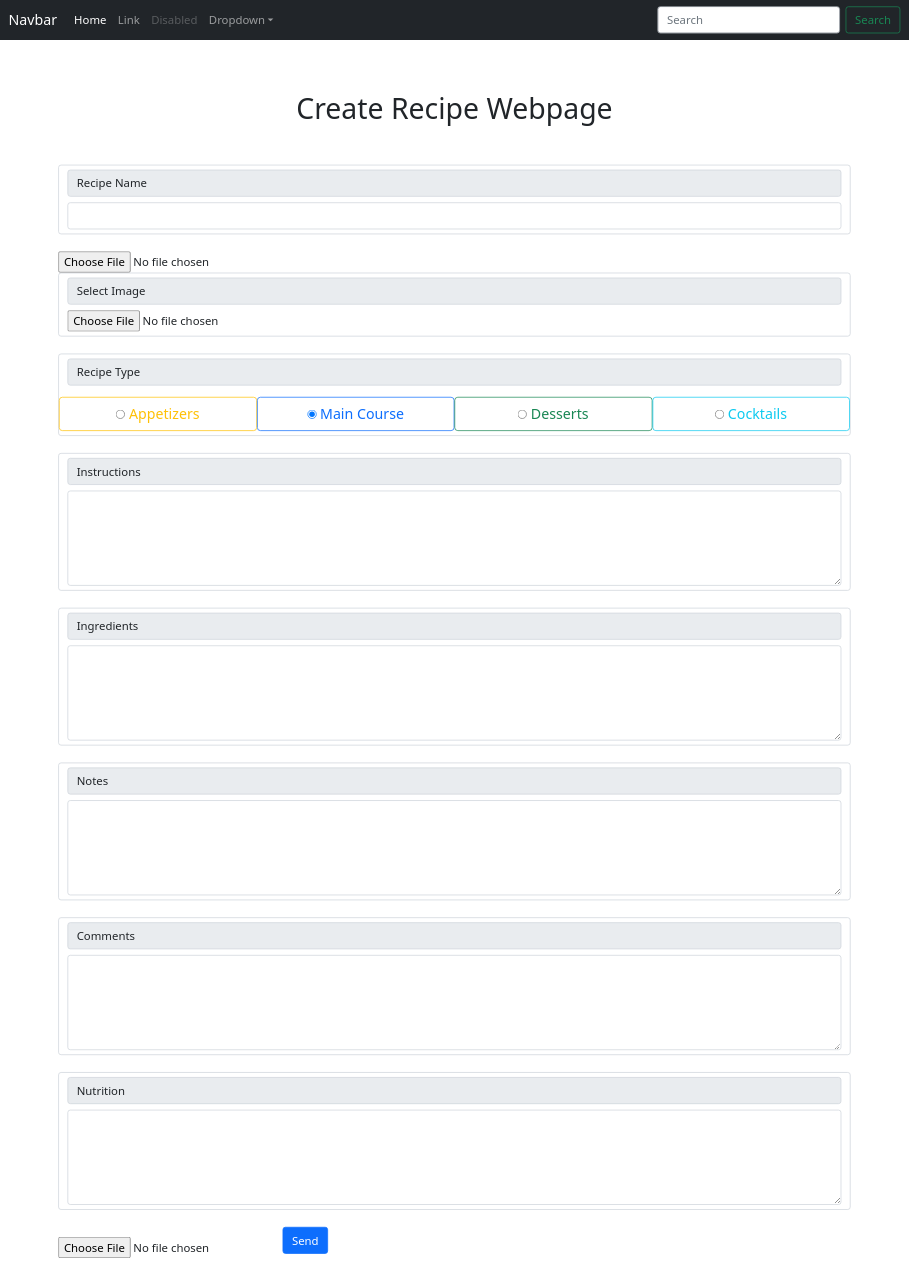
Repository: jerrywthompson/createRecipeWebpageHTML
Page: index.html
The author's editor kept a copy of each file at every save. The page is drawn from the files as they stood at one save, then again after the next save.
The browser window is 1280 px wide. The pictures show the whole page, at 71% of full size.

Above is the page before, as saved 2021-02-25 14:02:56.

### index.html
<!doctype html>
<html lang="en">
    <head>
        <meta charset="utf-8">
        <meta name="viewport" content="width=device-width, initial-scale=1">
        <meta name="description" content="">
        <meta name="author" content="Mark Otto, Jacob Thornton, and Bootstrap contributors">
        <meta name="generator" content="Hugo 0.80.0">
        <title>Create Recipe Webpage</title>

        <link rel="stylesheet" href="css/main.css"/>
        <!-- Bootstrap core CSS -->
        <link href="css/bootstrap5/css/bootstrap.min.css" rel="stylesheet">

        <style>
            .bd-placeholder-img {
                font-size: 1.125rem;
                text-anchor: middle;
                -webkit-user-select: none;
                -moz-user-select: none;
                user-select: none;
            }

            @media (min-width: 768px) {
                .bd-placeholder-img-lg {
                    font-size: 3.5rem;
                }
            }
        </style>

    </head>
    <body>

        <nav class="navbar navbar-expand-md navbar-dark bg-dark fixed-top">
            <div class="container-fluid">
                <a class="navbar-brand" href="#">Navbar</a>
                <button class="navbar-toggler" type="button" data-bs-toggle="collapse" data-bs-target="#navbarsExampleDefault" aria-controls="navbarsExampleDefault" aria-expanded="false" aria-label="Toggle navigation">
                    <span class="navbar-toggler-icon"></span>
                </button>

                <div class="collapse navbar-collapse" id="navbarsExampleDefault">
                    <ul class="navbar-nav me-auto mb-2 mb-md-0">
                        <li class="nav-item">
                            <a class="nav-link active" aria-current="page" href="#">Home</a>
                        </li>
                        <li class="nav-item">
                            <a class="nav-link" href="#">Link</a>
                        </li>
                        <li class="nav-item">
                            <a class="nav-link disabled" href="#" tabindex="-1" aria-disabled="true">Disabled</a>
                        </li>
                        <li class="nav-item dropdown">
                            <a class="nav-link dropdown-toggle" href="#" id="dropdown01" data-bs-toggle="dropdown" aria-expanded="false">Dropdown</a>
                            <ul class="dropdown-menu" aria-labelledby="dropdown01">
                                <li><a class="dropdown-item" href="#">Action</a></li>
                                <li><a class="dropdown-item" href="#">Another action</a></li>
                                <li><a class="dropdown-item" href="#">Something else here</a></li>
                            </ul>
                        </li>
                    </ul>
                    <form class="d-flex">
                        <input class="form-control me-2" type="search" placeholder="Search" aria-label="Search">
                        <button class="btn btn-outline-success" type="submit">Search</button>
                    </form>
                </div>
            </div>
        </nav>
        <div class="starter-template text-center py-5 px-3">
            <h1>Create Recipe Webpage</h1>
        </div>
        <main class="container">
            <div class="input-section">
                <fieldset class="form-group">

                    <form action="main.php" method="post">
                        <div class="form-control mb-4">
                            <div class="input-group-prepend mb-2">
                                <span class="input-group-text" id="inputGroup-sizing-default">Recipe Name</span>
                            </div>
                            <input type="text" name="recipeName" class="form-control" aria-label="Default" aria-describedby="inputGroup-sizing-default">
                        </div>

                        <input id="input-b1" name="input-b1" type="file" class="file" data-browse-on-zone-click="true">
                        <div class="form-control mb-4">

                            <div class="input-group-prepend mb-2">
                                <span class="input-group-text">Select Image</span>
                            </div>
                            <input type="file" class="custom-file-input" name="image" id="exampleInputFile">
                        </div>


                        <div class="form-control mb-4">
                            <div class="input-group-prepend mb-3">
                                <span class="input-group-text" id="inputGroup-sizing-default">Recipe Type</span>
                            </div>
                            <div class="btn-toolbar row ml-2">
                                <label class="btn btn-outline-warning btn-lg col-lg-3">
                                    <input type="radio" name="recipeType" id="appetizers" value="appetizers" autocomplete="off" > Appetizers
                                </label>
                                <label class="btn btn-outline-primary btn-lg col-lg-3">
                                    <input type="radio" name="recipeType" id="main_course" value="main_course" autocomplete="off" checked> Main Course
                                </label>
                                <label class="btn btn-outline-success btn-lg col-lg-3">
                                    <input type="radio" name="recipeType" id="desserts" value="desserts" autocomplete="off"> Desserts
                                </label>
                                <label class="btn btn-outline-info btn-lg col-lg-3">
                                    <input type="radio" name="recipeType" id="cocktails" value="cocktails" autocomplete="off"> Cocktails
                                </label>
                            </div>
                        </div>
                        <div class="form-control mb-4">
                            <div class="input-group-prepend mb-2">
                                <span class="input-group-text">Instructions</span>
                            </div>
                            <textarea class="form-control" name="instructions" id="instructions" rows="5"></textarea>
                        </div>
                        <div class="form-control mb-4">
                            <div class="input-group-prepend mb-2">
                                <span class="input-group-text">Ingredients</span>
                            </div>
                            <textarea class="form-control" name="ingredients" id="ingredients" rows="5"></textarea>
                        </div>

                        <div class="form-control mb-4">
                            <div class="input-group-prepend mb-2">
                                <span class="input-group-text">Notes</span>
                            </div>
                            <textarea class="form-control" name="notes" id="notes" rows="5"></textarea>
                        </div>

                        <div class="form-control mb-4">
                            <div class="input-group-prepend mb-2">
                                <span class="input-group-text">Comments</span>
                            </div>
                            <textarea class="form-control" name="comments" id="comments" rows="5"></textarea>
                        </div>

                        <div class="form-control mb-4">
                            <div class="input-group-prepend mb-2">
                                <span class="input-group-text">Nutrition</span>
                            </div>
                            <textarea class="form-control" name="nutrition" id="nutrition" rows="5"></textarea>
                        </div>


                        <input id="input-b1" name="input-b1" type="file" class="file" data-browse-on-zone-click="true">

                        <!-- Submit button -->
                        <button type="submit" class="btn btn-primary btn-block mb-4">Send</button>
                    </form>

                </fieldset>




                <script src="../assets/dist/js/bootstrap.bundle.min.js"></script>


                </body>
                </html>
                <a href="../flask_db4/flaskblog/templates/create_post.html"></a>

Loaded but not shown: css/main.css (common file); css/bootstrap5/css/bootstrap.min.css (library); assets/dist/js/bootstrap.bundle.min.js (library)

After the next save:
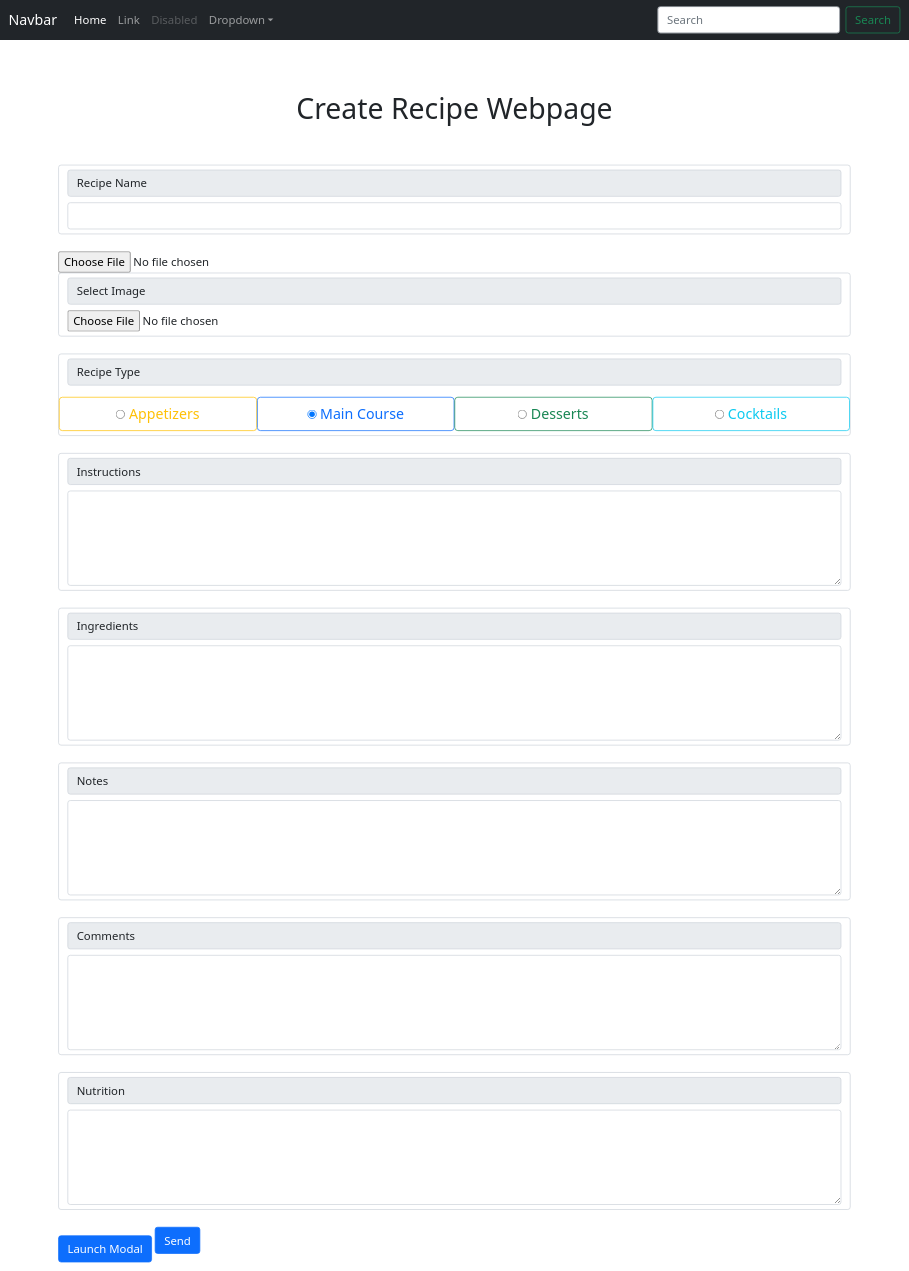
Console error: ReferenceError: $ is not defined
Saved 6 min 36 s later.
--- a/index.html
+++ b/index.html
@@ -144,7 +144,48 @@
                         </div>
 
 
-                        <input id="input-b1" name="input-b1" type="file" class="file" data-browse-on-zone-click="true">
+<!-- Button trigger modal -->
+<button type="button" class="btn btn-primary" data-toggle="modal" data-target="#exampleModal">
+    Launch Modal
+  </button>
+
+  <!-- Modal -->
+  <div class="modal fade" id="exampleModal" tabindex="-1" role="dialog" aria-labelledby="exampleModalLabel" aria-hidden="true">
+    <div class="modal-dialog modal-lg" role="document">
+      <div class="modal-content">
+        <div class="modal-header">
+          <h5 class="modal-title" id="exampleModalLabel">Modal title</h5>
+          <button type="button" class="close" data-dismiss="modal" aria-label="Close">
+            <span aria-hidden="true">&times;</span>
+          </button>
+        </div>
+        <div class="modal-body">
+          <div class="file-loading">
+            <input id="input-b9" name="input-b9[]" multiple type="file"'>
+          </div>
+          <div id="kartik-file-errors"></div>
+        </div>
+        <div class="modal-footer">
+          <button type="button" class="btn btn-secondary" data-dismiss="modal">Close</button>
+          <button type="button" class="btn btn-primary" title="Your custom upload logic">Save</button>
+        </div>
+      </div>
+    </div>
+  </div>
+
+
+  <script>
+  $(document).ready(function() {
+      $("#input-b9").fileinput({
+          showPreview: false,
+          showUpload: false,
+          elErrorContainer: '#kartik-file-errors',
+          allowedFileExtensions: ["jpg", "png", "gif"]
+          //uploadUrl: '/site/file-upload-single'
+      });
+  });
+  </script>
+
 
                         <!-- Submit button -->
                         <button type="submit" class="btn btn-primary btn-block mb-4">Send</button>

After the save that followed:
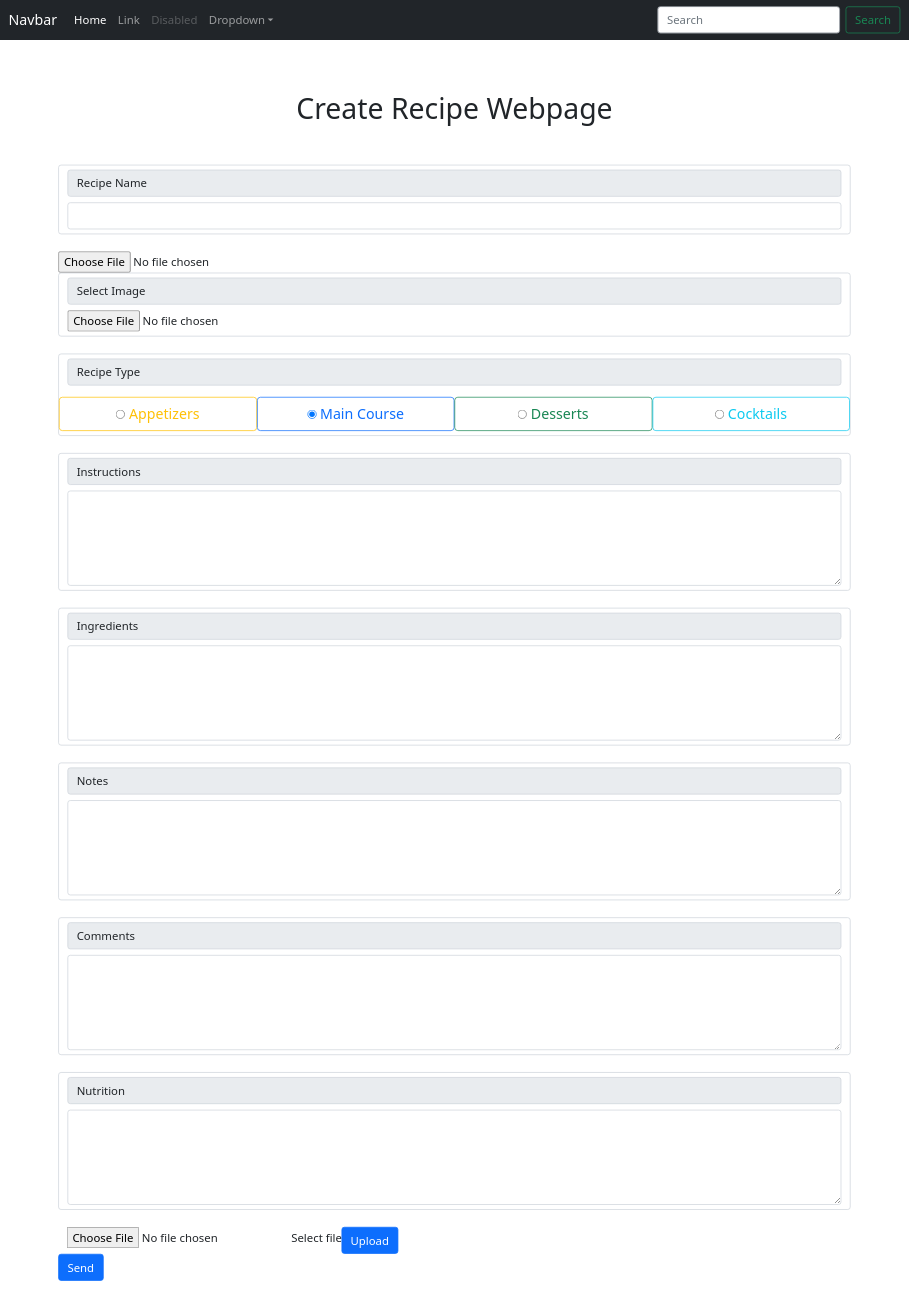
The error is gone.
Saved 2 min 38 s later.
--- a/index.html
+++ b/index.html
@@ -143,48 +143,25 @@
                             <textarea class="form-control" name="nutrition" id="nutrition" rows="5"></textarea>
                         </div>
 
+                        <div class="container">
+                            <div class="input-group">
+                              <div class="custom-file">
+                                <input type="file" class="custom-file-input" id="customFileInput" aria-describedby="customFileInput">
+                                <label class="custom-file-label" for="customFileInput">Select file</label>
+                              </div>
+                              <div class="input-group-append">
+                                <button class="btn btn-primary" type="button" id="customFileInput">Upload</button>
+                              </div>
+                            </div>
+                          </div>
 
-<!-- Button trigger modal -->
-<button type="button" class="btn btn-primary" data-toggle="modal" data-target="#exampleModal">
-    Launch Modal
-  </button>
-
-  <!-- Modal -->
-  <div class="modal fade" id="exampleModal" tabindex="-1" role="dialog" aria-labelledby="exampleModalLabel" aria-hidden="true">
-    <div class="modal-dialog modal-lg" role="document">
-      <div class="modal-content">
-        <div class="modal-header">
-          <h5 class="modal-title" id="exampleModalLabel">Modal title</h5>
-          <button type="button" class="close" data-dismiss="modal" aria-label="Close">
-            <span aria-hidden="true">&times;</span>
-          </button>
-        </div>
-        <div class="modal-body">
-          <div class="file-loading">
-            <input id="input-b9" name="input-b9[]" multiple type="file"'>
-          </div>
-          <div id="kartik-file-errors"></div>
-        </div>
-        <div class="modal-footer">
-          <button type="button" class="btn btn-secondary" data-dismiss="modal">Close</button>
-          <button type="button" class="btn btn-primary" title="Your custom upload logic">Save</button>
-        </div>
-      </div>
-    </div>
-  </div>
-
-
-  <script>
-  $(document).ready(function() {
-      $("#input-b9").fileinput({
-          showPreview: false,
-          showUpload: false,
-          elErrorContainer: '#kartik-file-errors',
-          allowedFileExtensions: ["jpg", "png", "gif"]
-          //uploadUrl: '/site/file-upload-single'
-      });
-  });
-  </script>
+                          <script>
+                            document.querySelector('.custom-file-input').addEventListener('change', function (e) {
+                              var name = document.getElementById("customFileInput").files[0].name;
+                              var nextSibling = e.target.nextElementSibling
+                              nextSibling.innerText = name
+                            })
+                          </script>
 
 
                         <!-- Submit button -->
